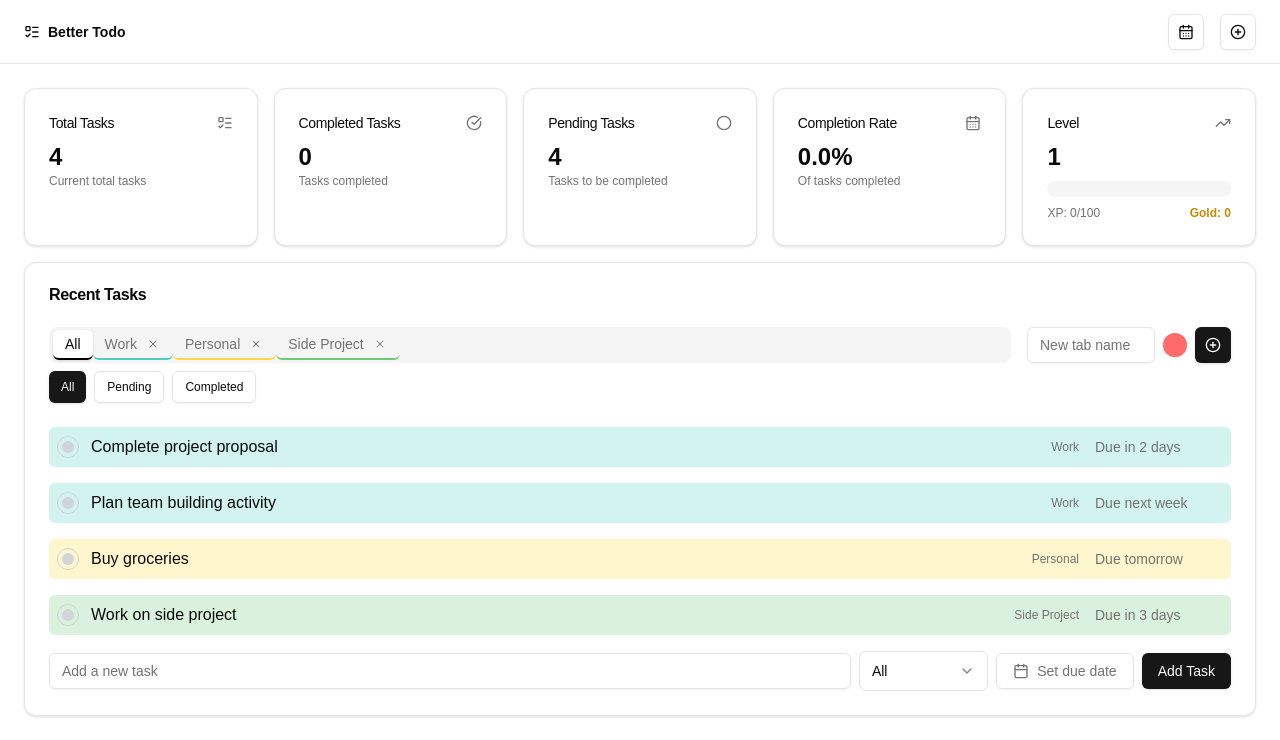
Repository: malikbarbier7/better-todo
Page: /dashboard
An editor plug-in stored every save of this project. The page is shown before and after the next save, followed by the edit.
The browser window is 1280 px wide. The pictures show the whole page.
The project was rebuilt for these pictures with package versions that can differ from the ones it lists, and the page was loaded fresh each time. The framework's server and built-in components were replaced by stand-ins that run in the browser. Also part of the build but not shown: next.config.js, next.config.mjs, components/ui/calendar.tsx.

Above is the page before, as saved 2024-10-04 14:30:48.

After the next save:
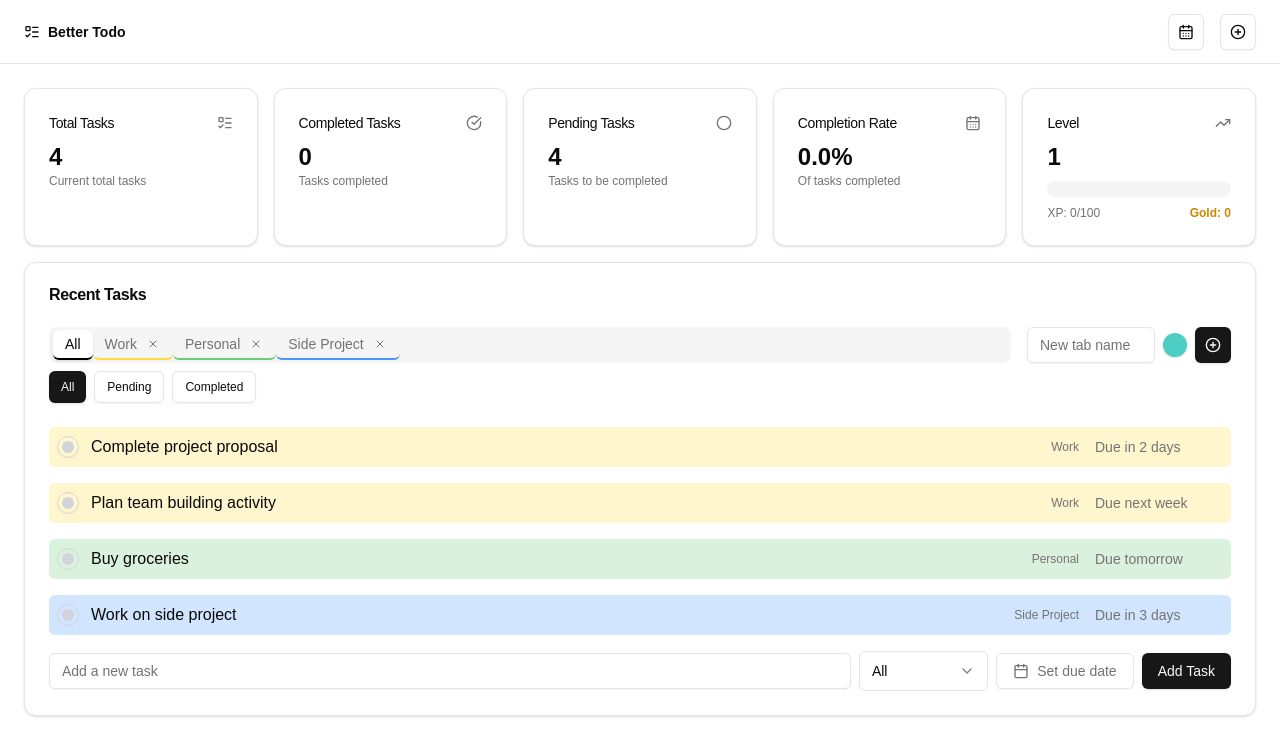
Saved 3 min 8 s later.
--- a/components/dashboard.tsx
+++ b/components/dashboard.tsx
@@ -24,7 +24,6 @@
 import { cn } from "@/lib/utils"
 
 const pasteColors = [
-  '#FF6B6B', // Rouge légèrement pâle
   '#4ECDC4', // Turquoise (bleu-vert) légèrement pâle
   '#FFD93D', // Jaune légèrement pâle
   '#6BCB77', // Vert légèrement pâle

After the save that followed:
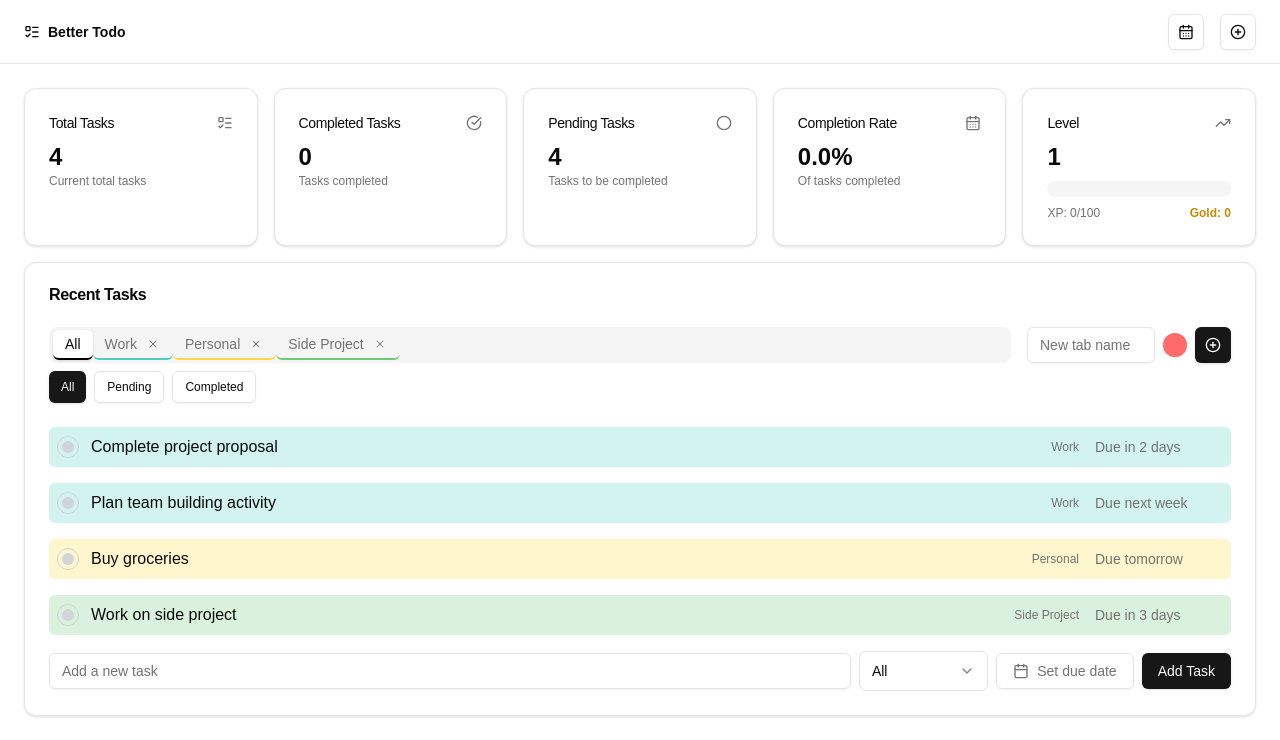
Saved 37 s later.
--- a/components/dashboard.tsx
+++ b/components/dashboard.tsx
@@ -24,6 +24,7 @@
 import { cn } from "@/lib/utils"
 
 const pasteColors = [
+  '#FF6B6B', // Rouge légèrement pâle
   '#4ECDC4', // Turquoise (bleu-vert) légèrement pâle
   '#FFD93D', // Jaune légèrement pâle
   '#6BCB77', // Vert légèrement pâle
